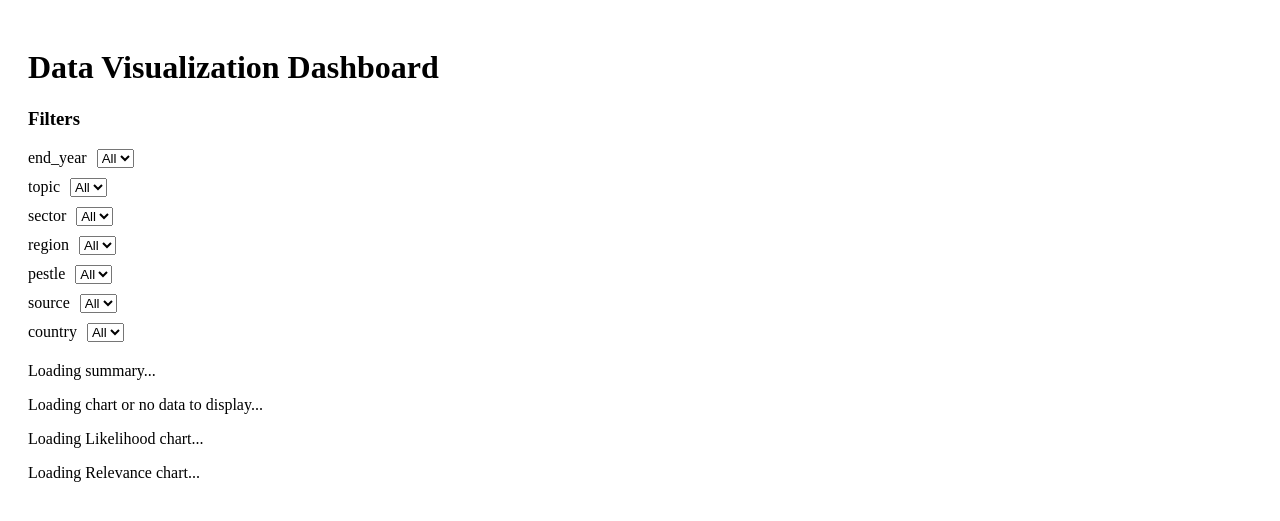
Repository: dikshant-s/DataVisualizationDashboard
Page: / (app in frontend/)
These files come from the project's save history. The page is drawn as it stood at one moment and after the next save; the edit follows.
The browser window is 1280 px wide. The pictures show the whole page.
The page's requests for data from a server got no answer. The project was rebuilt for these pictures with package versions that can differ from the ones it lists, and the page was loaded fresh each time. No one was signed in, and anything a server would have sent is missing.

Above is the page before, as saved 2025-06-29 10:14:35.

After the next save:
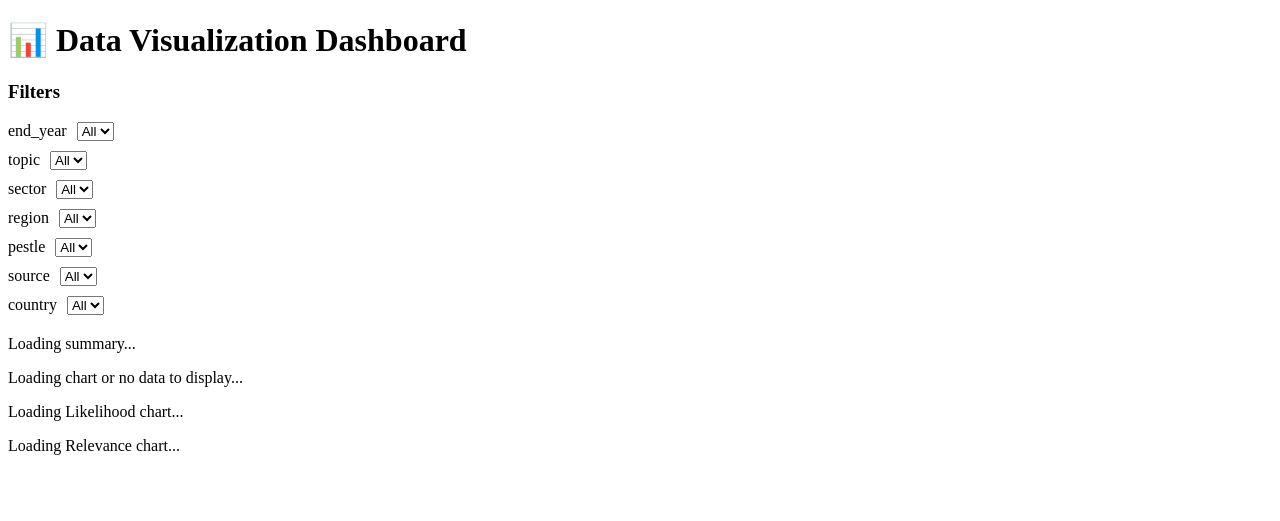
Saved 23 s later.
--- a/frontend/src/App.js
+++ b/frontend/src/App.js
@@ -9,15 +9,21 @@ const App = () => {
   const [filters, setFilters] = useState({});
 
   return (
-    <div style={{ padding: 20 }}>
-      <h1>Data Visualization Dashboard</h1>
-      <FilterPanel setFilters={setFilters} />
-      <Summary filters={filters} />
+  <div className="container">
+    <h1>📊 Data Visualization Dashboard</h1>
+    <FilterPanel setFilters={setFilters} />
+    <Summary filters={filters} />
+    <div className="chart-box">
       <IntensityBarChart filters={filters} />
+    </div>
+    <div className="chart-box">
       <LikelihoodLineChart filters={filters} />
+    </div>
+    <div className="chart-box">
       <RelevanceTopicChart filters={filters} />
     </div>
-  );
+  </div>
+);
 };
 
 export default App;
